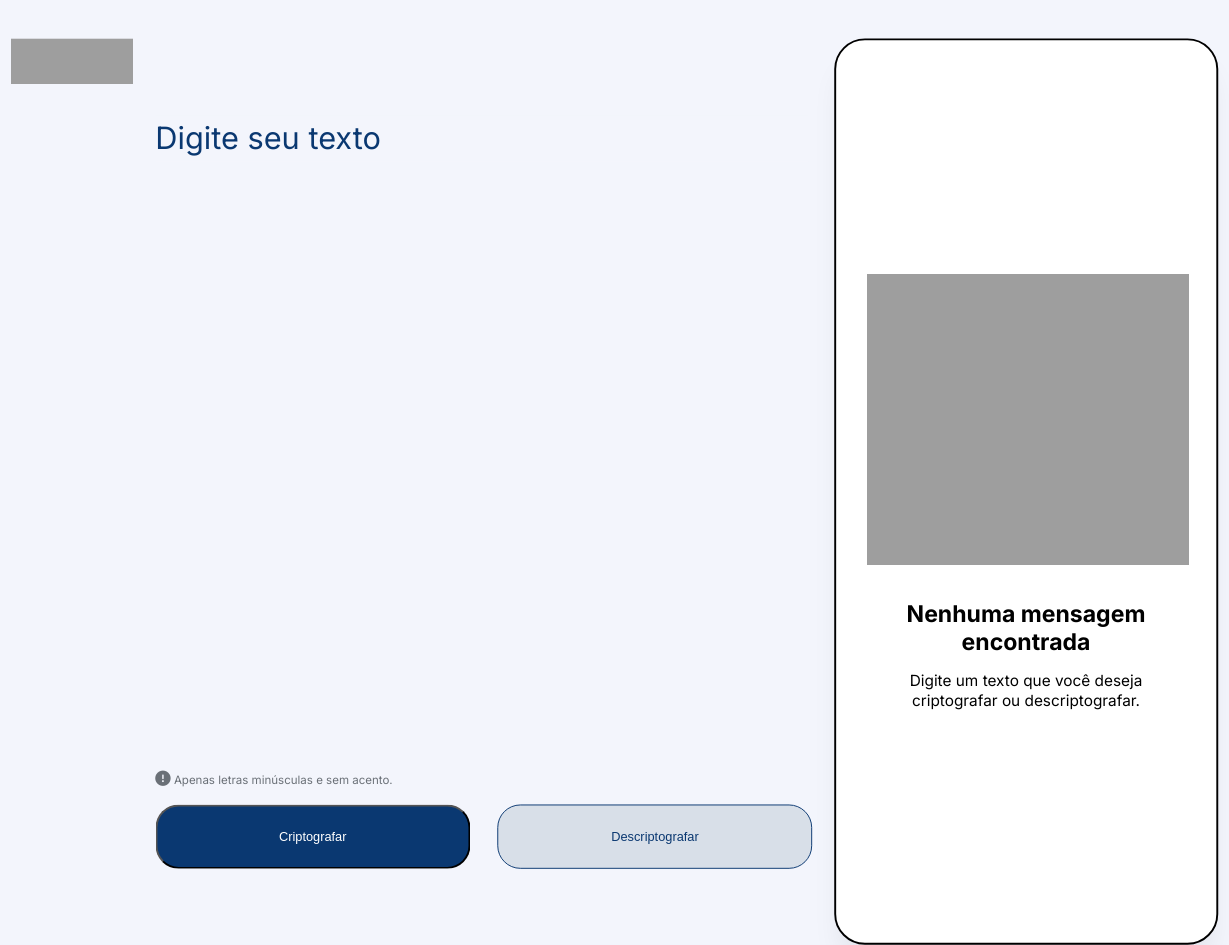
Repository: CarlosEduardoVdeOliveira/descodificador-de-texto
Page: index.html
These files come from the project's save history. The page is drawn as it stood at one moment and after the next save; the edit follows.
The browser window is 1280 px wide. The pictures show the whole page, at 96% of full size.
Pictures or frames that could not be fetched are drawn as grey boxes.

Above is the page before, as saved 2023-04-12 08:27:49.

### index.html
<!DOCTYPE html>
<html lang="en">
<head>
   <meta charset="UTF-8">
   <link rel="preconnect" href="https://fonts.googleapis.com">
   <link rel="preconnect" href="https://fonts.gstatic.com" crossorigin>
   <meta http-equiv="X-UA-Compatible" content="IE=edge">
   <meta name="viewport" content="width=device-width, initial-scale=1.0">
   <link href="https://fonts.googleapis.com/css2?family=Inter:wght@400;700&display=swap" rel="stylesheet">
   <link rel="stylesheet" href="https://cdnjs.cloudflare.com/ajax/libs/font-awesome/6.4.0/css/all.min.css" integrity="sha512-iecdLmaskl7CVkqkXNQ/ZH/XLlvWZOJyj7Yy7tcenmpD1ypASozpmT/E0iPtmFIB46ZmdtAc9eNBvH0H/ZpiBw==" crossorigin="anonymous" referrerpolicy="no-referrer" />
   <link rel="stylesheet" href="/public/styles/reset.css">
   <link rel="stylesheet" href="/public/styles/index.css">
   <title>Decodificador</title>
</head>
<body>
   <header>
   </header>
   <main>
      <img src="/public/images/imageLogo.png"
         alt="letra a da logo da escola de programação Alura">
      <div class="frist-area">
         <input placeholder="Digite seu texto" />
         <span>
            <i class="fa-solid fa-circle-exclamation"></i>
            Apenas letras minúsculas e sem acento.
         </span>
         <div>
            <button class="button-cryptography">Criptografar</button>
            <button class="button-decryption">Descriptografar</button>
         </div>
      </div>
      <div class="highlight">
         <img src="/public/images/imageHighLight.svg" alt="">
         <div>
            <h2>Nenhuma mensagem encontrada</h2>
            <p>
               Digite um texto que você deseja criptografar ou descriptografar.
            </p>
         </div>
      </div>
   </main>
</body>
</html>

### public/styles/reset.css
*{
   margin: 0;
   padding: 0;
   box-sizing: border-box;
}
body{
   font-family:  'Inter', sans-serif;
   font-size: 1rem;
}

### public/styles/index.css
:root{
   --light-gray: #D8DFE8;
   --gray-100: #CED4DA;
   --gray-200: #ADB5BD;
   --gray-300: #868E96;
   --gray-400: #495057;
   --gray-500: #343A40;
   --light-blue-100: #F3F5FC;
   --light-blue-200: #EFF1FA;
   --light-blue-300: #E9ECF8;
   --light-blue-400: #AAB2D5;
   --light-blue-500: #757FB2;
   --dark-blue-100: #609ED4;
   --dark-blue-200: #356EA9;
   --dark-blue-300: #0A3871;
   --dark-blue-400: #072B61;
   --dark-blue-500: #052051;
}
header{
   width: 100%;
   height: 2.5rem;
}
body{
   background-color: var(--light-blue-100);
}
img{
   width: 8rem;
   height: 3rem;
}
main {
   display: flex;
   justify-content: space-around;
   align-items: self-start;
   margin: 0 auto;
}
.frist-area{
   display: flex;
   flex-direction: column;
   position: relative;
   top: 80px;
}
input{
   width: 680px;
   height: 48px;
   font-family: 'Inter';
   font-size: 32px;
   line-height: 150%;
   background-color: var(--light-blue-100);
   color: var(--dark-blue-300);
   border: none;
   margin-bottom: 635px;
}
input:focus{
   outline: 0;
}

input::placeholder{
   color: var(--dark-blue-300);
}
i{
   color: var(--gray-400);
   font-size: 1rem;
}
span{
   font-size: 12px;
   color: var(--gray-400);
   line-height: 150%;
   opacity: 0.8;
   margin-bottom: 1rem;
}
button{
   padding: 1.5rem;
   gap: 8px;
   width: 328px;
   height: 67px;
   border-radius: 1.5rem;
   cursor: pointer;
   transition: all .2s;
}
.button-cryptography{
   background-color: var(--dark-blue-300);
   color: #FFFFFF;
   margin-right: 1.5rem;
}
.button-cryptography:hover{
   background-color: var(--dark-blue-400);
}
.button-decryption{
   background: var(--light-gray);
   color: var(--dark-blue-300);
   border: 1px solid var(--dark-blue-300);
}
.button-decryption:hover{
   background-color: var(--light-blue-200);
}
.highlight{
   width: 25rem;
   padding: 15.188rem 2rem;
   text-align: center;
   background: #FFFFFF;
   /* shadow */
   box-shadow: 0px 24px 32px -8px rgba(0, 0, 0, 0.08);
   border-radius: 32px;
   border: 2px solid black;
}
.highlight div{
   display: flex;
   flex-direction: column;

   margin-top: 2rem;
   padding: 0px;
   gap: 16px;
}
.highlight img{
   width: 21rem;
   height: 19rem;
}

After the next save:
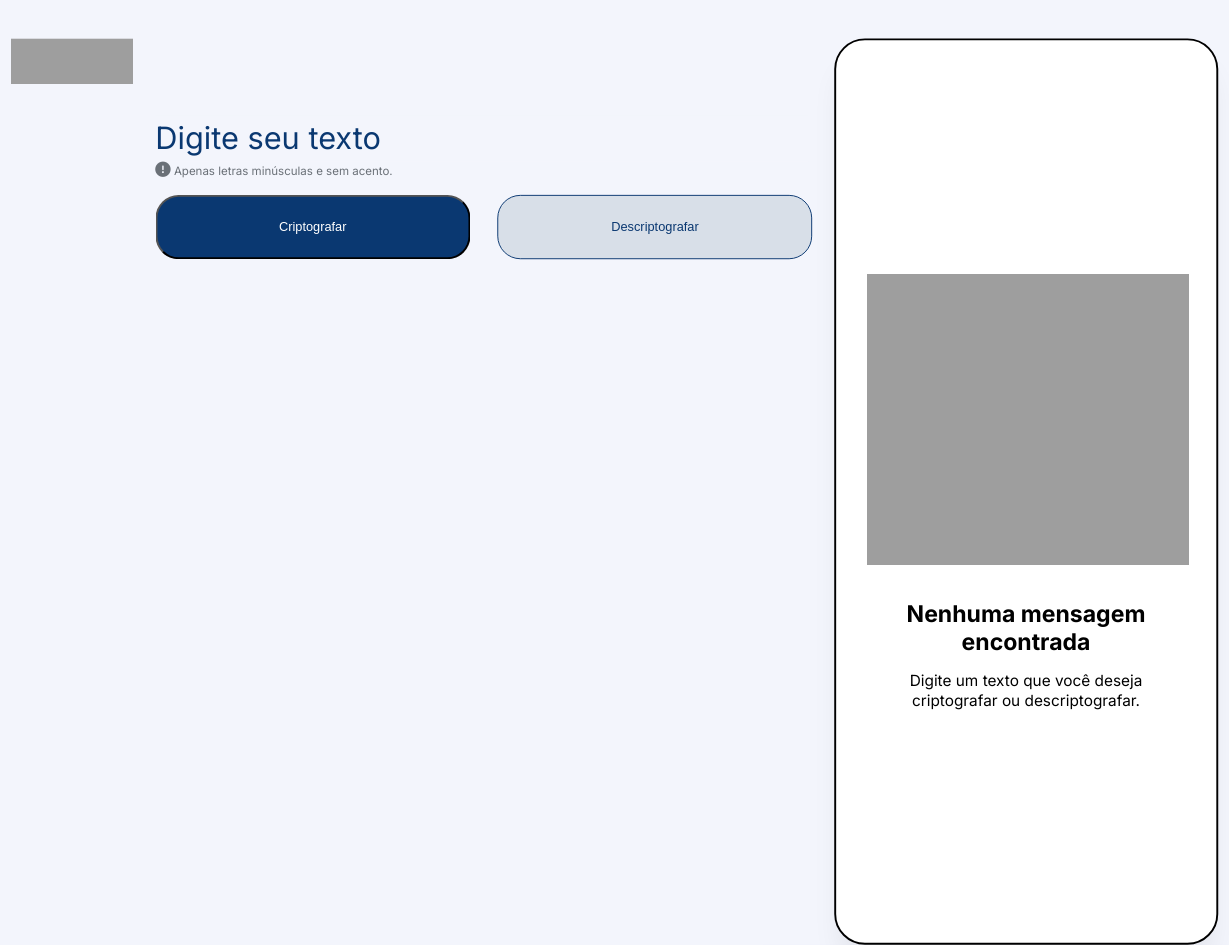
Saved 16 s later.
--- a/public/styles/index.css
+++ b/public/styles/index.css
@@ -48,7 +48,7 @@
    background-color: var(--light-blue-100);
    color: var(--dark-blue-300);
    border: none;
-   margin-bottom: 635px;
+
 }
 input:focus{
    outline: 0;

After the save that followed:
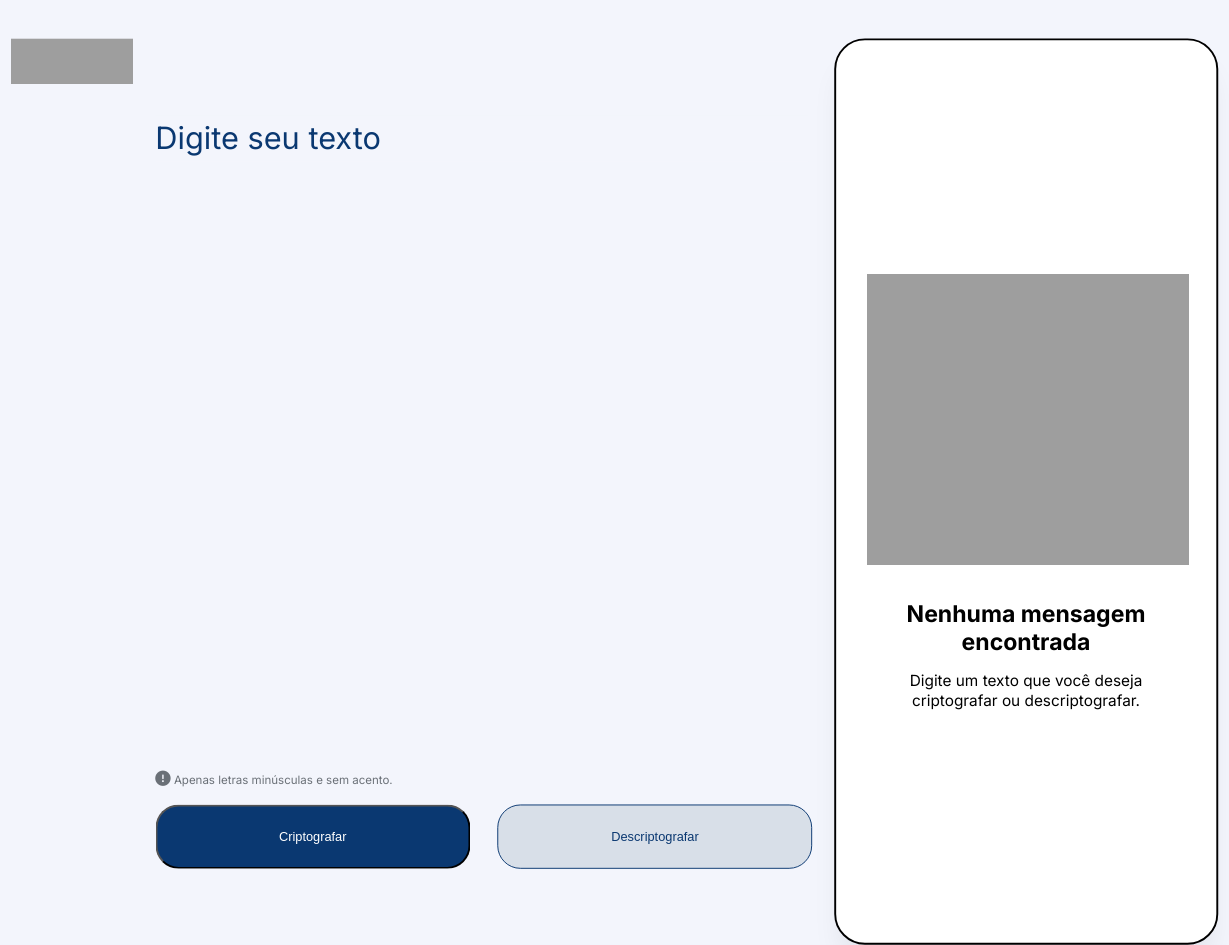
Saved 20 s later.
--- a/public/styles/index.css
+++ b/public/styles/index.css
@@ -48,7 +48,7 @@
    background-color: var(--light-blue-100);
    color: var(--dark-blue-300);
    border: none;
-
+   margin-bottom: 635px;
 }
 input:focus{
    outline: 0;
